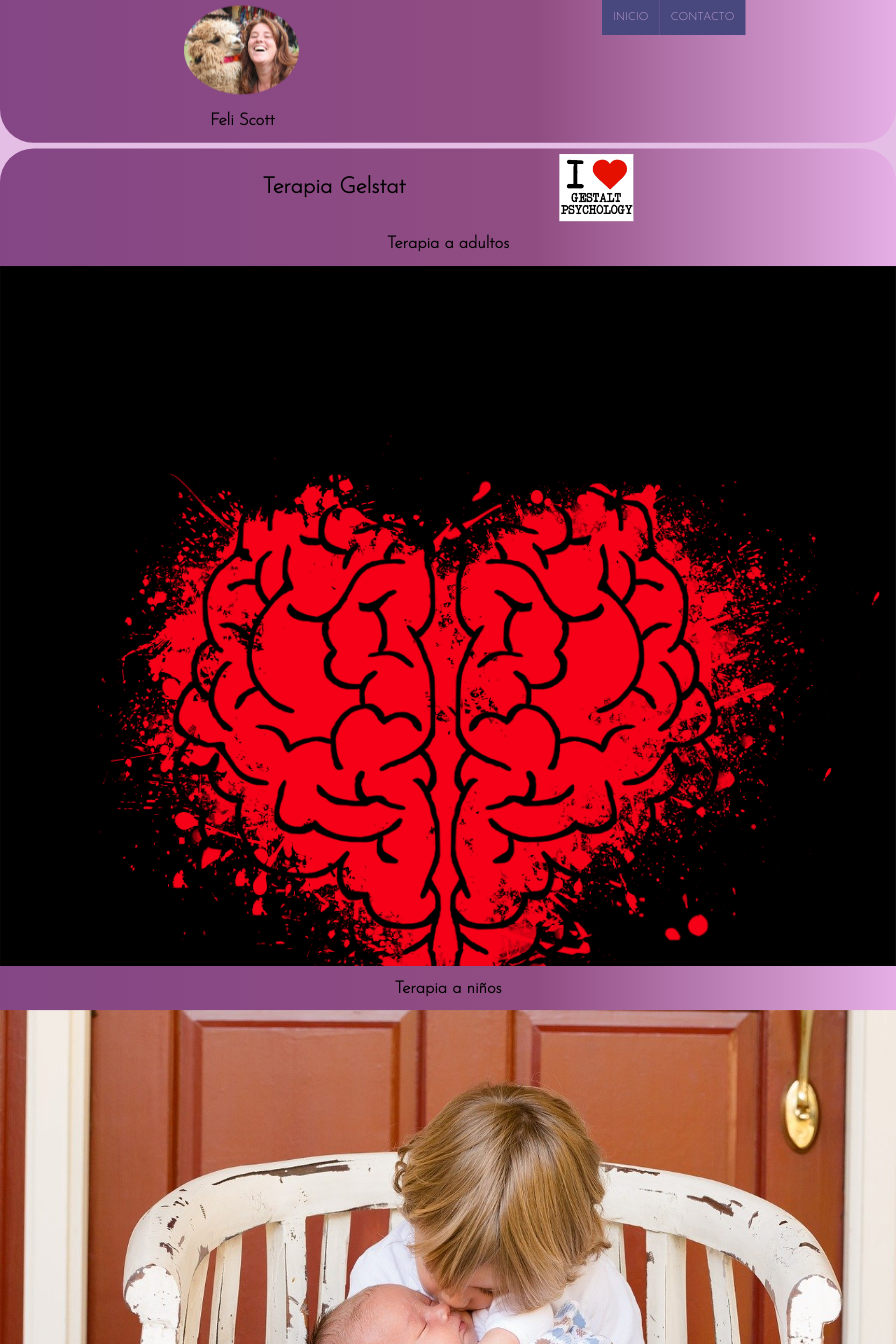
Repository: Jogalso/webPsicologa
Page: /
These files come from the project's save history. The page is drawn as it stood at one moment and after the next save; the edit follows.
The browser window is 1280 px wide. The pictures show the part of the page from y = 0 to 1920 px (the page is 5113 px tall before and 5081 px after), at 70% of full size.
Backgrounds fixed to the window are drawn as part of the page. The project was rebuilt for these pictures with package versions that can differ from the ones it lists, and the page was loaded fresh each time. Some packages were replaced by stand-ins written for this rebuild. The framework's server and built-in components were replaced by stand-ins that run in the browser.

Above is the page before, as saved 2021-07-13 11:51:53.

After the next save:
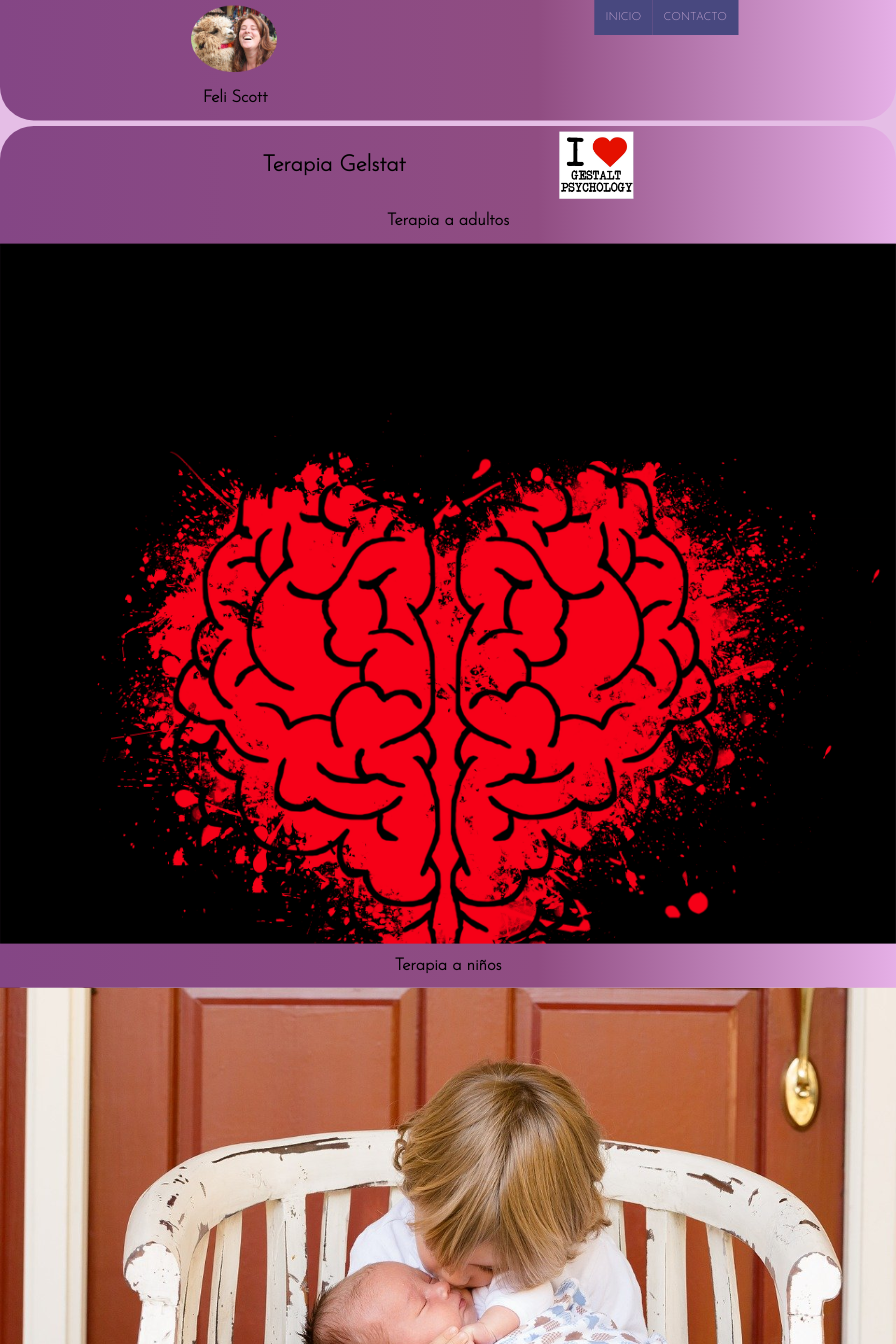
Saved 4 s later.
--- a/components/Footer.jsx
+++ b/components/Footer.jsx
@@ -30,14 +30,7 @@ export default function Footer() {
                         border-bottom-right-radius: 3em;
                         border-bottom-left-radius: 3em;
                     }
-                    .InfoTerapetua{
-                        margin-left: 3em;
-                        text-align: center;
-                    }
-                    .InfoTerapetua__img{
-                        height: 8em;
-                        width: auto;
-                    }
+
                 `}
             </style>
         </div>
